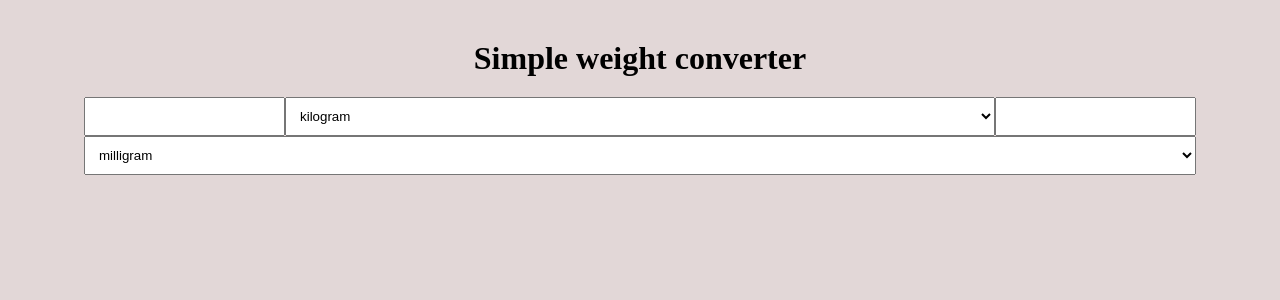
Repository: Eugene44-hub/weight-converter
Page: index.html
These files come from the project's save history. The page is drawn as it stood at one moment and after the next save; the edit follows.
The browser window is 1280 px wide. The pictures show the whole page.

Above is the page before, as saved 2021-09-20 05:03:52.

### index.html
<!DOCTYPE html>
<html lang="en">

<head>
    <meta charset="UTF-8">
    <meta http-equiv="X-UA-Compatible" content="IE=edge">
    <meta name="viewport" content="width=device-width, initial-scale=1.0">
    <link rel="stylesheet" href="style.css">
    <title>Document</title>
</head>

<body>
    <div class="converter">
        <h1>Simple weight converter</h1>

        <input type="number" id="typed">
        <select name="" id="in-weight">
      <option value="kg">kilogram</option>
      <option value="ou">ounce</option>
      <option value="mg">milligram</option>
    </select>
        <input type="number" id="output">
        <select name="" id="out-weight">
      <option value="mg">milligram</option>
      <option value="ou">ounce</option>
      <option value="kg">kilogram</option>
    </select>
    </div>
    <script src="app.js"></script>
</body>

</html>

### style.css
* {
    padding: 0;
    margin: 0;
    box-sizing: border-box;
}

body {
    background-color: rgb(226, 215, 215);
}

input {
    padding: 10px;
}

h1 {
    text-align: center;
    flex: 100%;
    margin-bottom: 20px;
}

select {
    padding: 10px;
    flex: 50%;
}

.converter {
    display: flex;
    flex-wrap: wrap;
    justify-content: space-between;
    padding: 20px;
    margin: 20px auto;
    width: 90%;
}

### app.js
let typed = document.querySelector('#typed');
let output = document.querySelector('#output');
let select = document.querySelector('#in-weight');
let select2 = document.querySelector('#out-weight');

function selectTwo(val) {
    select2.addEventListener('change', e => {
        if (select2.value === 'mg' && select.value === 'kg') {
            output.value = val * Math.pow(10, 6)
        } else if (select2.value === "ou" && select.value === 'mg') {
            output.value = val * 0.000035274
        } else if (select2.value === "ou" && select.value === 'kg') {
            output.value = val * 35.274
        } else if (select2.value === "kg" && select.value === 'ou') {
            output.value = val / 35.274
        } else if (select2.value === "mg" && select.value === 'ou') {
            output.value = val / 0.000035274
        } else if (select2.value === "kg" && select.value === 'mg') {
            output.value = val / Math.pow(10, 6)
        } else {
            output.value = typed.value
        }

    })
}

function selectOne(val) {
    select.addEventListener('change', e => {

        if (select2.value === 'mg' && select.value === 'kg') {
            typed.value = val / Math.pow(10, 6)
        } else if (select2.value === "mg" && select.value === 'ou') {
            typed.value = val * 0.000035274
        } else if (select2.value === "ou" && select.value === 'kg') {
            typed.value = val / 35.274
        } else if (select2.value === "kg" && select.value === 'ou') {
            typed.value = val * 35.274
        } else if (select2.value === "ou" && select.value === 'mg') {
            typed.value = val / 0.000035274
        } else if (select2.value === "kg" && select.value === 'mg') {
            typed.value = val * Math.pow(10, 6)
        } else { typed.value = output.value }
    })
}


typed.addEventListener('input',
    e => {

        if (select2.value === 'mg' && select.value === 'kg') {
            output.value = Number(e.target.value) * Math.pow(10, 6)
        } else if (select2.value === "ou" && select.value === 'mg') {
            output.value = Number(e.target.value) * 0.000035274
        } else if (select2.value === "ou" && select.value === 'kg') {
            output.value = Number(e.target.value) * 35.274
        } else if (select2.value === "kg" && select.value === 'ou') {
            output.value = Number(e.target.value) / 35.274
        } else if (select2.value === "mg" && select.value === 'ou') {
            output.value = Number(e.target.value) / 0.000035274
        } else if (select2.value === "kg" && select.value === 'mg') {
            output.value = Number(e.target.value) / Math.pow(10, 6)
        } else {
            output.value = typed.value
        }
        selectTwo(Number(e.target.value))
    })

output.addEventListener('input',
    e => {
        if (select2.value === 'mg' && select.value === 'kg') {
            typed.value = Number(e.target.value) / Math.pow(10, 6)
        } else if (select2.value === "mg" && select.value === 'ou') {
            typed.value = Number(e.target.value) * 0.000035274
        } else if (select2.value === "ou" && select.value === 'kg') {
            typed.value = Number(e.target.value) / 35.274
        } else if (select2.value === "kg" && select.value === 'ou') {
            typed.value = Number(e.target.value) * 35.274
        } else if (select2.value === "ou" && select.value === 'mg') {
            typed.value = Number(e.target.value) / 0.000035274
        } else if (select2.value === "kg" && select.value === 'mg') {
            typed.value = Number(e.target.value) * Math.pow(10, 6)
        } else { typed.value = output.value }
        selectOne(Number(e.target.value))
    })

After the next save:
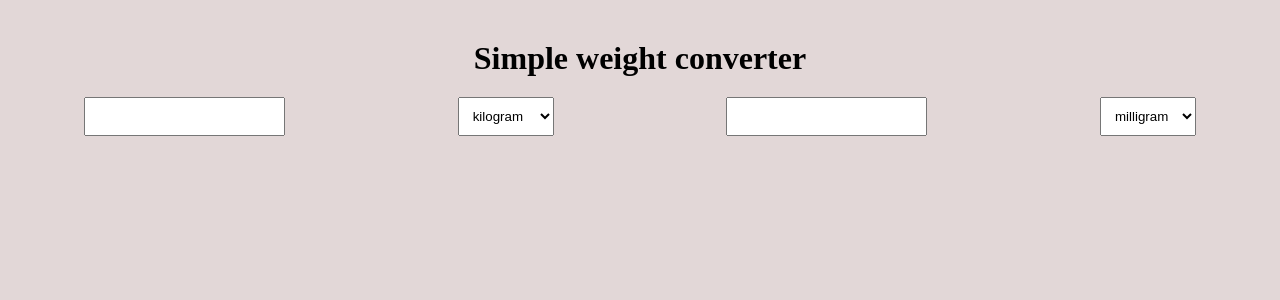
Saved 11 s later.
--- a/style.css
+++ b/style.css
@@ -20,7 +20,6 @@ h1 {
 
 select {
     padding: 10px;
-    flex: 50%;
 }
 
 .converter {
